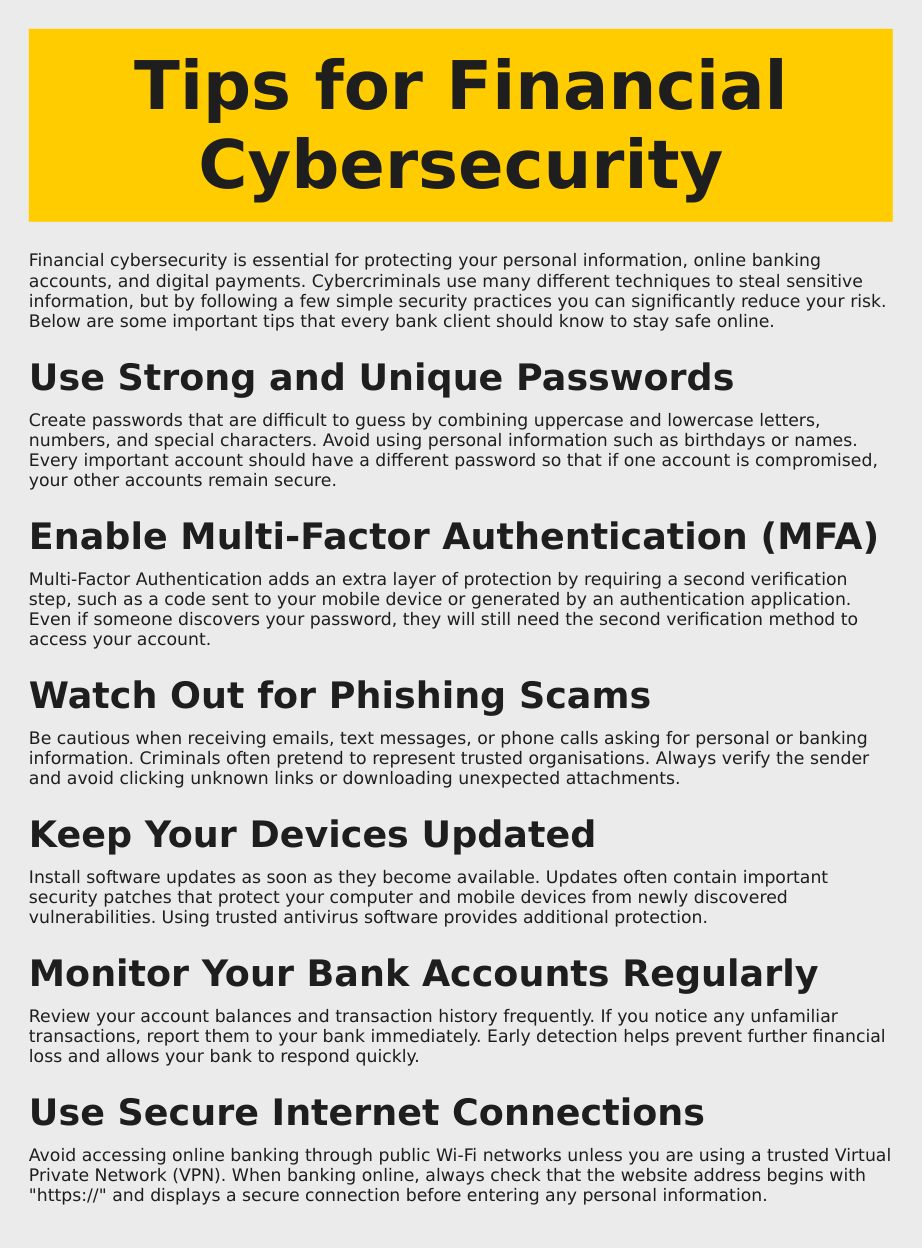
Repository: ruzni-dev/My-Practice
Page: forage/commonwealth-bank-intro-software-engineering/task03/index copy.html
The author's editor kept a copy of each file at every save. The page is drawn from the files as they stood at one save, then again after the next save.
The browser window is 1280 px wide. The pictures show the whole page, at 72% of full size.

Above is the page before, as saved 2026-07-07 11:00:59.

After the next save:
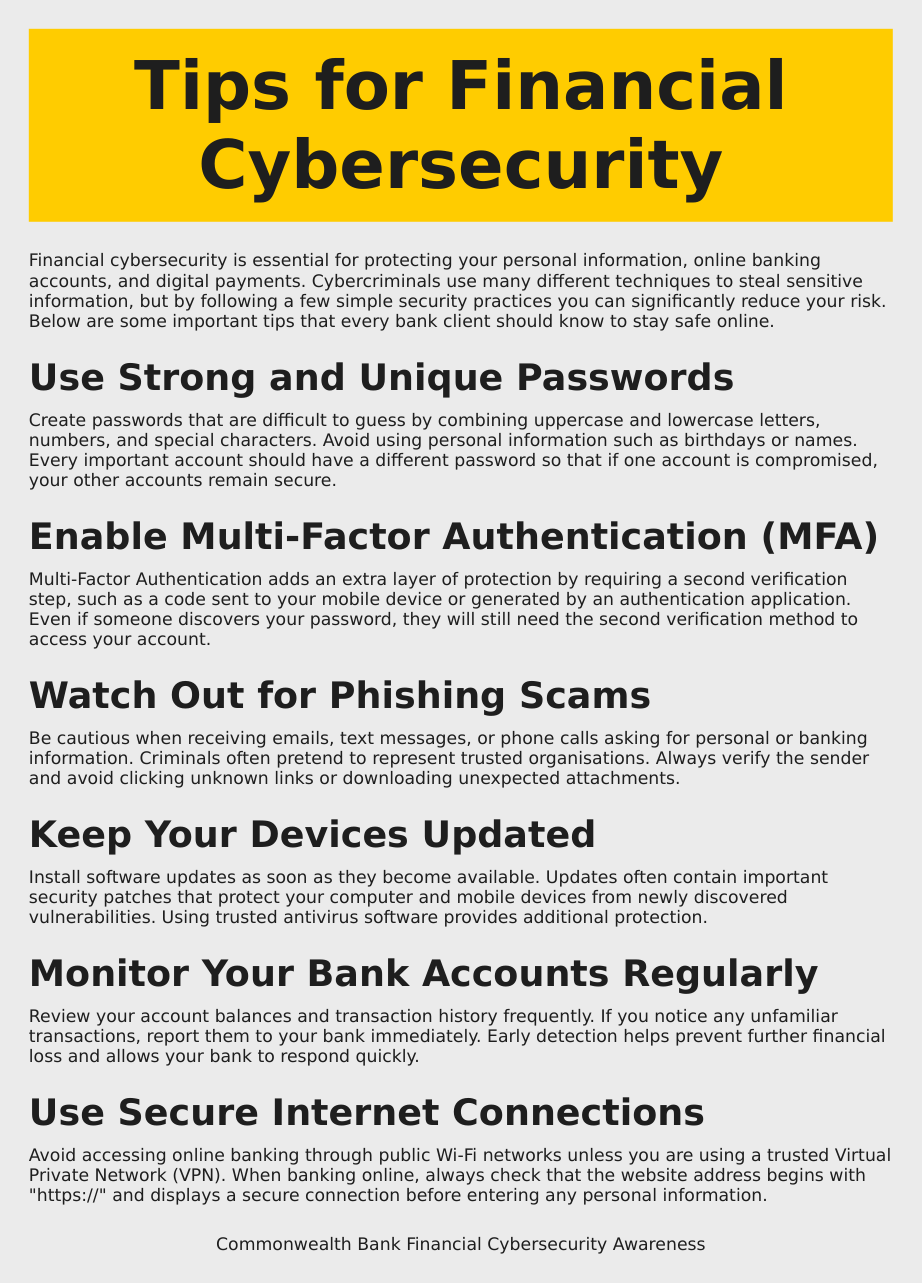
Saved 56 s later.
--- a/forage/commonwealth-bank-intro-software-engineering/task03/index copy.html
+++ b/forage/commonwealth-bank-intro-software-engineering/task03/index copy.html
@@ -77,5 +77,8 @@
         a secure connection before entering any personal information.
     </p>
 
+    <footer>
+        Commonwealth Bank Financial Cybersecurity Awareness
+    </footer>
 </body>
 </html>
